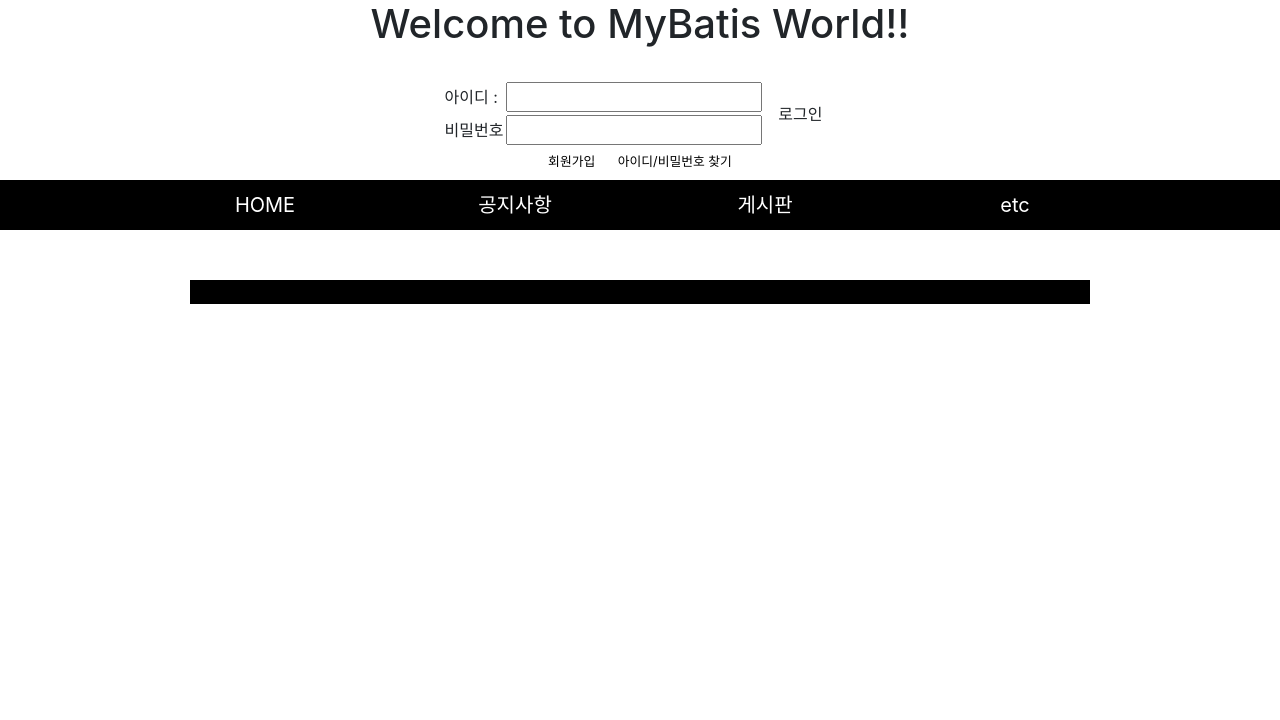
Repository: han-jungwon/FramWorkspace
Page: http://localhost/myBatisProject/WEB-INF/views/board/boardDetailView.jsp
These files come from the project's save history. The page is drawn as it stood at one moment and after the next save; the edit follows.
The browser window is 1280 px wide. The pictures show the whole page.
The page is served by Tomcat 9. Nobody is signed in. The template is opened directly, without the code that normally fills it, so the values that code supplies are empty.

Above is the page before, as saved 2020-09-16 04:47:59.

After the next save:
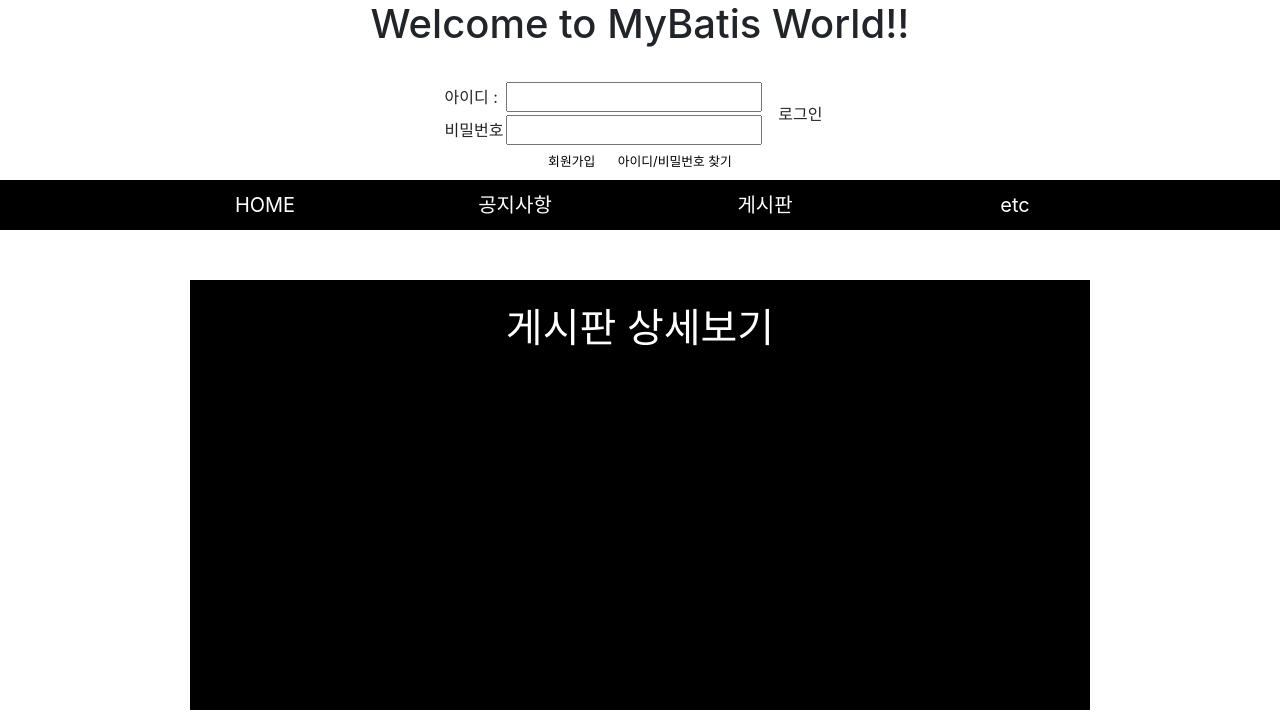
Saved 59 s later.
--- a/myBatisProject/WebContent/WEB-INF/views/board/boardDetailView.jsp
+++ b/myBatisProject/WebContent/WEB-INF/views/board/boardDetailView.jsp
@@ -35,6 +35,11 @@
 	<div class="outer">
 		<br>
 
+		<h1 align = "center">게시판 상세보기</h1>
+		<table align="center" class="tableArea">
+
+
+		</table>
 
 
 	</div>
